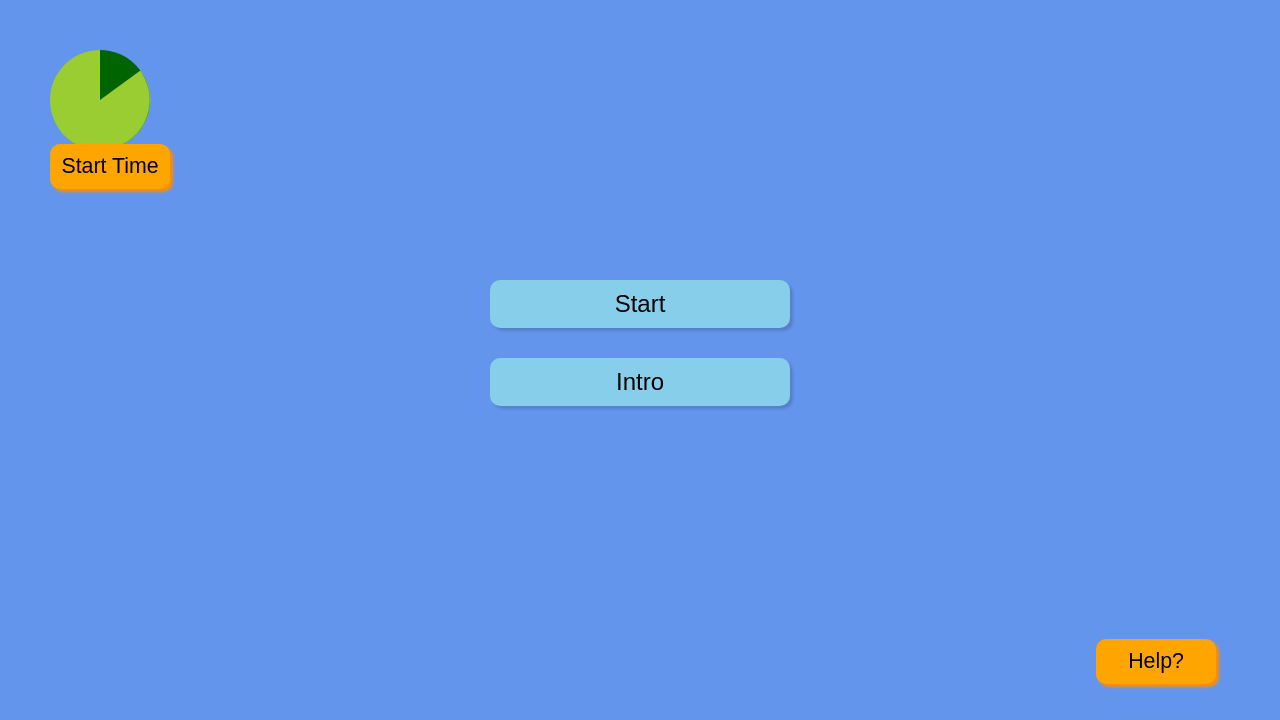
Repository: sylviaah/dynamicmidterm
Page: index.html
These files come from the project's save history. The page is drawn as it stood at one moment and after the next save; the edit follows.
The browser window is 1280 px wide. The pictures show the whole page.
After loading, the first visible `div.startTime` was clicked once.

Above is the page before, as saved 2020-03-13 16:25:29.

### index.html
<!DOCTYPE html>
<html>
    <head>
        <title>Kid's Court</title>
        <link rel="stylesheet" href="app.css">
        <!-- timer -->
        <link rel="stylesheet" href="timer/timer.css">
        <!-- slider -->
        <link rel="stylesheet" href="slider/slider.css">
        <!-- instructions -->
        <link rel="stylesheet" href="instructions/instructions.css">
        <link href="https://fonts.googleapis.com/icon?family=Material+Icons" rel="stylesheet">
    </head>

    <body>
        <div class="background"></div>

        <!-- Timer Start -->
        <div class="timer"><div class="innerTimer"></div></div>
        <div class="startTime" onclick="start()">Start Time</div>
        <!-- Timer End -->

        <!-- Slider start -->
        <div class="slider">
            <div class="slider_progress">
                <div class="progress25"></div>
                <div class="progress50"></div>
                <div class="progress75"></div>
                <div class="progress100"></div>
            </div>
            <div class="slider_slider">
                <i class="material-icons slider_arrow_left" onclick="slider_previous()">play_circle_filled</i>
                <div class="slider_image_div">
                    <img class="slider_image img1" src="imgs/img1.jpg" alt="">
                </div>
                <div class="slider_image_div">
                    <img class="slider_image img2" src="imgs/img1.jpg" alt="">
                </div>
                <i class="material-icons slider_arrow_right" onclick="slider_next()">play_circle_filled</i>
            </div>
            <div class="slider_menu">
                <div class="menu_start" onclick="slider_start()">Start</div>
                <div class="menu_intro">Intro</div>
            </div>
        </div>
        <!-- Slider End -->

        <!-- Instructions start -->
        <div class="open" onclick="instructionsToggle()">Help?</div>

        <div class="instructions_overlay">
            <div class="instructions_modal">
                <i class="material-icons close" onclick="instructionsToggle()">cancel</i>
                <h1>Instructions</h1>
                <div class="instructions_slider">
                    <i class="material-icons arrow_left" onclick="previous()">play_circle_filled</i>
                    <div class="image_div">
                        <img class="instructions_image" src="imgs/img1.jpg" alt="">
                    </div>
                    <i class="material-icons arrow_right" onclick="next()">play_circle_filled</i>
                </div>
                <p class="instructions_text">1. Click on the Start button to start reading through the comic.</p>
                <div class="instructions_button" onclick="instructionsToggle()">OK, got it!</div>
            </div>
        </div>
        <!-- Instructions end -->
        <script src="app.js"></script>

        <script src="timer/timer.js"></script>
        <script src="slider/slider.js"></script>
        <script src="instructions/instructions.js"></script>
    </body>
</html>

### app.css
body,html {
    margin: 0;
    background-color: cornflowerblue;
}

### timer/timer.css
.timer {
    margin: 50px;
    visibility: hidden;
    width: 100px;
    height: 100px;
    border-radius: 50%;
    background: yellowgreen;
    background-image:
    linear-gradient(to right, transparent 50%, darkgreen 0);
  }

.innerTimer {
    content: '';
    display: none;
    margin-left: 50%;
    height: 100%;
    border-radius: 0 100% 100% 0 / 50%;
    background-color: yellowgreen;
    transform-origin: left;
    transform: rotate(0deg);
    animation: spin 5s linear infinite,
                bg 10s step-end infinite;
}

@keyframes spin {
    to { transform: rotate(.5turn); }
  }

@keyframes bg {
    50% { background: darkgreen; }
}

.startTime{
    display: flex;
    position: fixed;
    top: 20%;
    left: 50px;
    width: 100px;
    justify-content: center;
    border-radius: 10px;
    padding: 10px 10px;
    background-color:orange;
    font-size: 16pt;
    font-family: Arial, Helvetica, sans-serif;
    box-shadow: 3px 3px 3px darkorange;
}

### slider/slider.css
body,html {
    margin: 0;
    background-color: cornflowerblue;
}

.slider{
    padding: 50px;
    display: flex;
    flex-direction: column;
    align-items: center;
}

.slider_progress{
    display: none;
    margin-bottom: 30px;
}

.slider_progress div{
    width: 30px;
    height: 30px;
    margin: 10px;
    background-color: white;
    border-radius: 50%;
    box-shadow: 3px 3px 3px rgb(0, 0, 0, 0.15);
}

.progress25{
    background-color: white;
}
.progress50{
    background-color: white;
}
.progress75{
    background-color: white;
}
.progress100{
    background-color: white;
}

.slider_slider{
    display: none;
    width: 100%;
    align-items: center;
    justify-content: space-around;
}

.material-icons.slider_arrow_left {
    visibility: hidden;
    transform: rotate(180deg);
    font-size: 80px;
    color: orange;
}

.material-icons.slider_arrow_right {
    visibility: visible;
    color: orange;
    font-size: 80px;
}

.slider_image_div{
    width: 400px;
    height: 400px;
    overflow: hidden;
    border-radius: 20px;
}

.slider_image_div img{
    object-fit: cover;
    height: 400px;
}

.menu_start, .menu_intro{
    display: flex;
    width: 100px;
    margin: 30px;
    justify-content: center;
    border-radius: 10px;
    padding: 10px 100px;
    background-color:skyblue;
    font-size: 18pt;
    font-family: Arial, Helvetica, sans-serif;
    box-shadow: 3px 3px 3px rgb(0, 0, 0, 0.15);
}

### instructions/instructions.css
/* body,html {
    margin: 0;
    background-color: cornflowerblue;
} */

.open{
    display: flex;
    position: fixed;
    bottom: 5%;
    right: 5%;
    width: 100px;
    justify-content: center;
    border-radius: 10px;
    padding: 10px 10px;
    background-color:orange;
    font-size: 16pt;
    font-family: Arial, Helvetica, sans-serif;
    box-shadow: 3px 3px 3px darkorange;
}

.instructions_overlay{
    display: none;
    position: fixed;
    top: 0;
    width: 100vw;
    height: 100vh;
    background-color:rgb(255, 255, 255, 0.25);
    justify-content: center;
    align-items: center;
}

.instructions_modal{
    width: 50%;
    height: 70%;
    background-color: white;
    border-radius: 20px;
    padding: 25px;
    display: flex;
    flex-direction: column;
    justify-content: space-between;
    align-items: center;
}
.material-icons.close{
    position: fixed;
    top:14%;
    right: 24.5%;
    color:lightgray;
    font-size: 48px;
}

.instructions_modal h1{
    font-size: 32pt;
    font-family: Arial, Helvetica, sans-serif;
}

.instructions_slider{
    width: 100%;
    display: flex;
    justify-content: space-around;
    align-items: center;
}

.image_div{
    width:400px;
    height: 300px;
    overflow: hidden;
}

.image_div img{
    object-fit: cover;
    height: 100%;
}

.material-icons.arrow_left {
    visibility: hidden;
    transform: rotate(180deg);
    font-size: 60px;
    color: orange;
}

.material-icons.arrow_right {
    visibility: visible;
    color: orange;
    font-size: 60px;
}

.instructions_text{
    margin: 0 100px;
    font-size: 16pt;
    font-family: Arial, Helvetica, sans-serif;
    text-align: center;
}

.instructions_button{
    visibility: hidden;
    border-radius: 5px;
    padding: 10px 50px;
    background-color: rgb(10, 132, 255);
    color: white;
    font-size: 16pt;
    font-family: Arial, Helvetica, sans-serif;
}

### timer/timer.js
    var timeOut;

    function start(){
        document.querySelector(".timer").style.visibility = 'visible';
        document.querySelector(".innerTimer").style.display = 'block';
        timeOut = setTimeout(function(){stop(); }, 10000);
    }

    function stop(){
        document.querySelector(".timer").style.visibility = 'hidden';
        document.querySelector(".innerTimer").style.display = 'none';
        timeOut = setTimeout(function(){alert("Out of time!"); }, 1);
    }

### slider/slider.js
function slider_start(){
    document.querySelector(".slider_progress").style.display = "flex";
    document.querySelector(".slider_slider").style.display = "flex";
    document.querySelector(".slider_menu").style.display = "none";
}

var slider_data = {
    sceneNum:0,
    scenes:[
        {
            progress:".menu_start",
            image1:"imgs/img1.jpg",
            image2:"imgs/img1.jpg",
            arrow_left:"hidden",
            arrow_right:"visible",
        },
        {
            progress:".progress25",
            image1:"imgs/img2.jpg",
            image2:"imgs/img2.jpg",
            arrow_left:"visible",
            arrow_right:"visible",
        },
        {
            progress:".progress50",
            image1:"imgs/img3.jpg",
            image2:"imgs/img3.jpg",
            arrow_left:"visible",
            arrow_right:"visible",
        },
        {
            progress:".progress75",
            image1:"imgs/img4.jpg",
            image2:"imgs/img4.jpg",
            arrow_left:"visible",
            arrow_right:"visible",
        },
        {
            progress:".progress100",
            image1:"imgs/img5.jpg",
            image2:"imgs/img5.jpg",
            arrow_left:"visible",
            arrow_right:"hidden",
        },

    ]
}

function change(){
    progressReset();
    document.querySelector(slider_data.scenes[slider_data.sceneNum].progress).style.backgroundColor = "skyblue";
    document.querySelector(".slider_image.img1").src = slider_data.scenes[slider_data.sceneNum].image1;
    document.querySelector(".slider_image.img2").src = slider_data.scenes[slider_data.sceneNum].image2;
    document.querySelector(".material-icons.slider_arrow_left").style.visibility = slider_data.scenes[slider_data.sceneNum].arrow_left;
    document.querySelector(".material-icons.slider_arrow_right").style.visibility = slider_data.scenes[slider_data.sceneNum].arrow_right;
}

function progressReset(){
    document.querySelector(".progress25").style.backgroundColor = "white";
    document.querySelector(".progress50").style.backgroundColor = "white";
    document.querySelector(".progress75").style.backgroundColor = "white";
    document.querySelector(".progress100").style.backgroundColor = "white";
}

function slider_next(){
    if(slider_data.sceneNum === slider_data.sceneNum){
        slider_data.sceneNum++;
        change();
    }
}

function slider_previous(){
    if(slider_data.sceneNum === slider_data.sceneNum){
        slider_data.sceneNum--;
        change();
    }
}

### instructions/instructions.js
var instructions_data = {
    toggle_state:false,
    stepNum:0,
    steps:[
        {
            image:"imgs/img6.jpg",
            text:"1. Click on the Start button to start reading through the comic.",
            arrow_left:"hidden",
            arrow_right:"visible",
            ok_button:"hidden"
        },
        {
            image:"imgs/img7.jpg",
            text:"2. Answer the question before the time runs out, if you run out of time, you can try again!",
            arrow_left:"visible",
            arrow_right:"visible",
            ok_button:"hidden"
        },
        {
            image:"imgs/img8.jpg",
            text:"3. Answer the question correctly to earn a star! Collect a star for each story and earn up to 5 stars!",
            arrow_left:"visible",
            arrow_right:"visible",
            ok_button:"hidden"
        },
        {
            image:"imgs/img9.jpg",
            text:"4. When you answer the question correctly, you can click on the 'Next Story' button!",
            arrow_left:"visible",
            arrow_right:"visible",
            ok_button:"hidden"
        },
        {
            image:"imgs/img10.jpg",
            text:"5. If you answer incorrectly, you can try again by clicking on the 'Try Again' button!",
            arrow_left:"visible",
            arrow_right:"hidden",
            ok_button:"visible"
        },

    ]
}

function next(){
    if(instructions_data.stepNum === instructions_data.stepNum){
        instructions_data.stepNum++;
        change();
    }
}

function previous(){
    if(instructions_data.stepNum === instructions_data.stepNum){
        instructions_data.stepNum--;
        change();
    }
}

function change(){
    document.querySelector(".instructions_image").src = instructions_data.steps[instructions_data.stepNum].image;
    document.querySelector(".instructions_text").innerHTML = instructions_data.steps[instructions_data.stepNum].text;
    document.querySelector(".material-icons.arrow_left").style.visibility = instructions_data.steps[instructions_data.stepNum].arrow_left;
    document.querySelector(".material-icons.arrow_right").style.visibility = instructions_data.steps[instructions_data.stepNum].arrow_right;
    document.querySelector(".instructions_button").style.visibility = instructions_data.steps[instructions_data.stepNum].ok_button;
}

function instructionsToggle(){
    if(instructions_data.toggle_state === true){
        document.querySelector(".instructions_overlay").style.display = "none";
        instructions_data.toggle_state = false;
    } else if (instructions_data.toggle_state === false){
        instructions_data.stepNum = 0;
        change();
        document.querySelector(".instructions_overlay").style.display = "flex";
        instructions_data.toggle_state = true;
    }
}

Loaded but not shown: app.js (no copy from this time; the picture is the same without it)

After the next save:
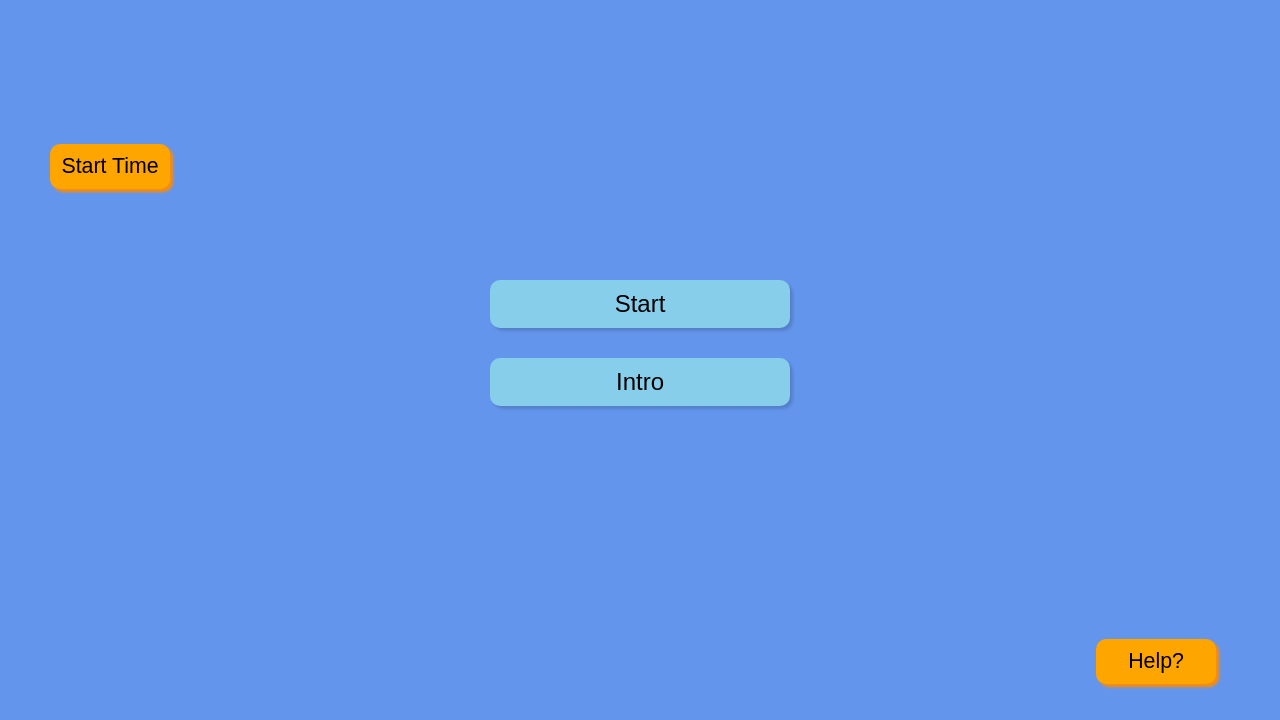
Console error: ReferenceError: start is not defined
Saved 104 s later.
--- a/timer/timer.js
+++ b/timer/timer.js
@@ -1,13 +1,13 @@
-    var timeOut;
+    // var timeOut;
 
-    function start(){
-        document.querySelector(".timer").style.visibility = 'visible';
-        document.querySelector(".innerTimer").style.display = 'block';
-        timeOut = setTimeout(function(){stop(); }, 10000);
-    }
+    // function start(){
+    //     document.querySelector(".timer").style.visibility = 'visible';
+    //     document.querySelector(".innerTimer").style.display = 'block';
+    //     timeOut = setTimeout(function(){stop(); }, 10000);
+    // }
 
-    function stop(){
-        document.querySelector(".timer").style.visibility = 'hidden';
-        document.querySelector(".innerTimer").style.display = 'none';
-        timeOut = setTimeout(function(){alert("Out of time!"); }, 1);
-    }
+    // function stop(){
+    //     document.querySelector(".timer").style.visibility = 'hidden';
+    //     document.querySelector(".innerTimer").style.display = 'none';
+    //     timeOut = setTimeout(function(){alert("Out of time!"); }, 1);
+    // }

After the save that followed:
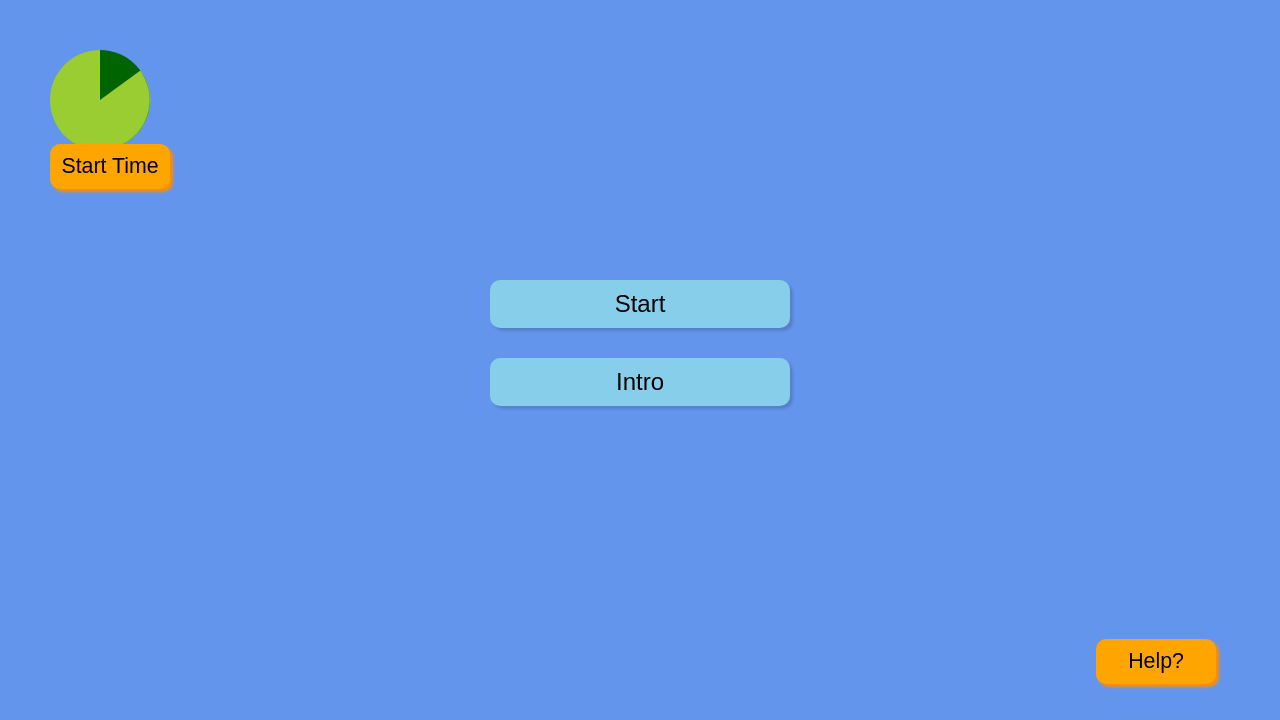
The error is gone.
Saved 9 s later.
--- a/timer/timer.js
+++ b/timer/timer.js
@@ -1,13 +1,13 @@
-    // var timeOut;
+    var timeOut;
 
-    // function start(){
-    //     document.querySelector(".timer").style.visibility = 'visible';
-    //     document.querySelector(".innerTimer").style.display = 'block';
-    //     timeOut = setTimeout(function(){stop(); }, 10000);
-    // }
+    function start(){
+        document.querySelector(".timer").style.visibility = 'visible';
+        document.querySelector(".innerTimer").style.display = 'block';
+        timeOut = setTimeout(function(){stop(); }, 10000);
+    }
 
-    // function stop(){
-    //     document.querySelector(".timer").style.visibility = 'hidden';
-    //     document.querySelector(".innerTimer").style.display = 'none';
-    //     timeOut = setTimeout(function(){alert("Out of time!"); }, 1);
-    // }
+    function stop(){
+        document.querySelector(".timer").style.visibility = 'hidden';
+        document.querySelector(".innerTimer").style.display = 'none';
+        timeOut = setTimeout(function(){alert("Out of time!"); }, 1);
+    }
